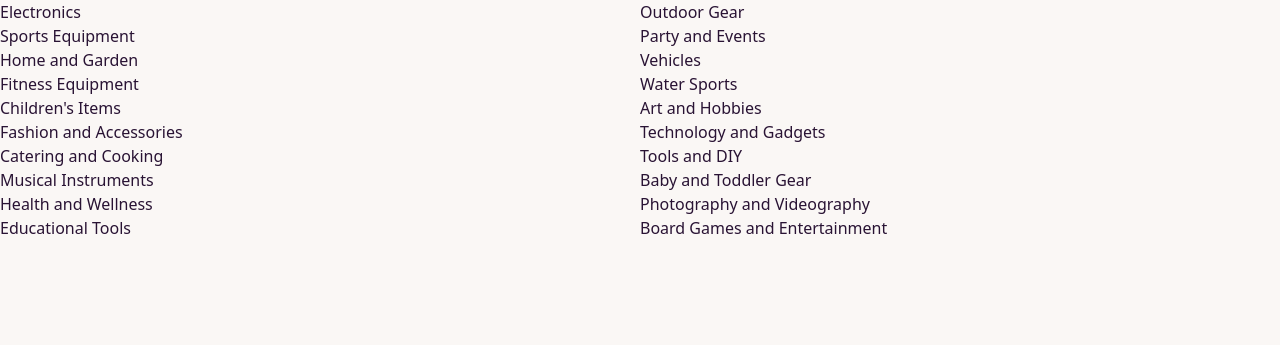
Repository: dsemenas/DalinkisLT
Page: /
An editor plug-in stored every save of this project. The page is shown before and after a run of saves, followed by the edit.
The browser window is 1280 px wide. The pictures show the whole page.
The project was rebuilt for these pictures with package versions that can differ from the ones it lists, and the page was loaded fresh each time. The framework's server and built-in components were replaced by stand-ins that run in the browser. Also part of the build but not shown: next.config.js.

Above is the page before, as saved 2023-12-21 14:59:41.

After the next 2 saves:
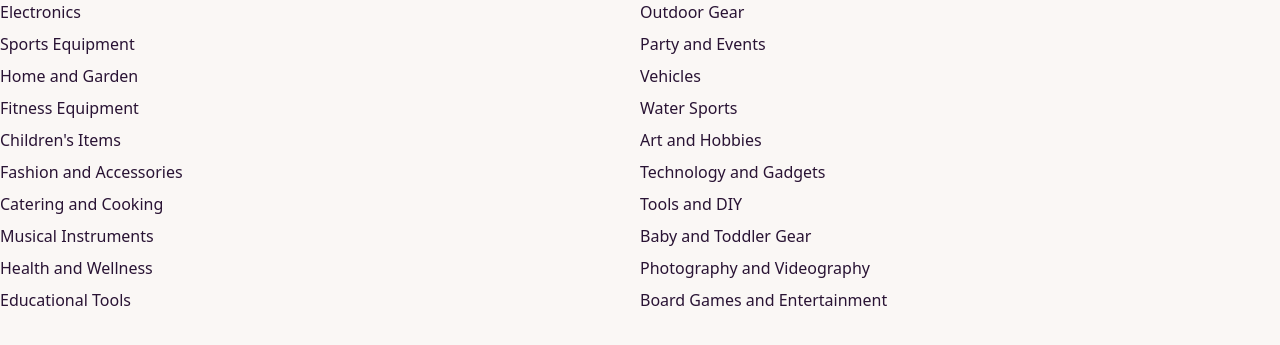
The 2 saves are shown as one change because they came seconds apart.
The last was saved 23 s later.
--- a/app/page.tsx
+++ b/app/page.tsx
@@ -25,7 +25,7 @@ export default function Home() {
   ];
 
   return (
-    <div className="grid grid-cols-2 grid-rows-auto">
+    <div className="grid grid-cols-2 grid-rows-auto gap-y-2">
       {categories.map((c, index) => (
         <a key={index} className="link link-hover gap-1">
           <i />
